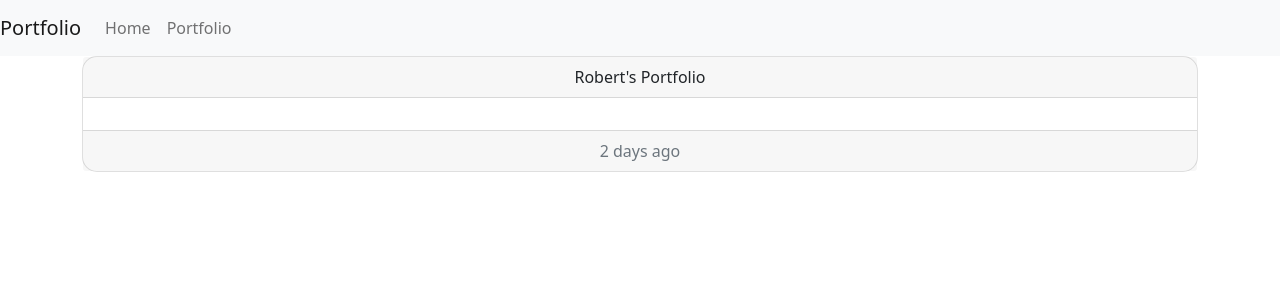
Repository: ward438/improved_portfolio
Page: / (app in client/)
The author's editor kept a copy of each file at every save. The page is drawn from the files as they stood at one save, then again after the next save.
The browser window is 1280 px wide. The pictures show the whole page.
The project was rebuilt for these pictures with package versions that can differ from the ones it lists, and the page was loaded fresh each time. Also part of the build but not shown: client/src/App.css, client/src/utils/API.js.

Above is the page before, as saved 2021-06-17 16:33:29.

After the next save:
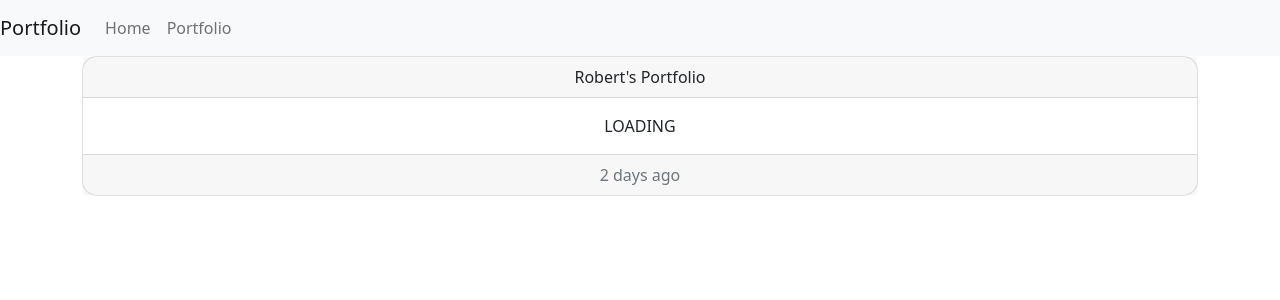
Saved 8 s later.
--- a/client/src/pages/bio.js
+++ b/client/src/pages/bio.js
@@ -9,7 +9,7 @@ function Bio() {
 
     let cardText;
     if (isEvenSeconds()) {
-        cardText = <Card.Body></Card.Body>
+        cardText = <Card.Body>LOADING</Card.Body>
     } else {
         cardText = <Card.Body>
             <Card.Img variant="top" style={{ width: '30%', borderRadius: '15px' }} src={`https://react-portfolio-rob.s3.amazonaws.com/131530476_127869602470312_4401820499573357152_n.jpg`} />
